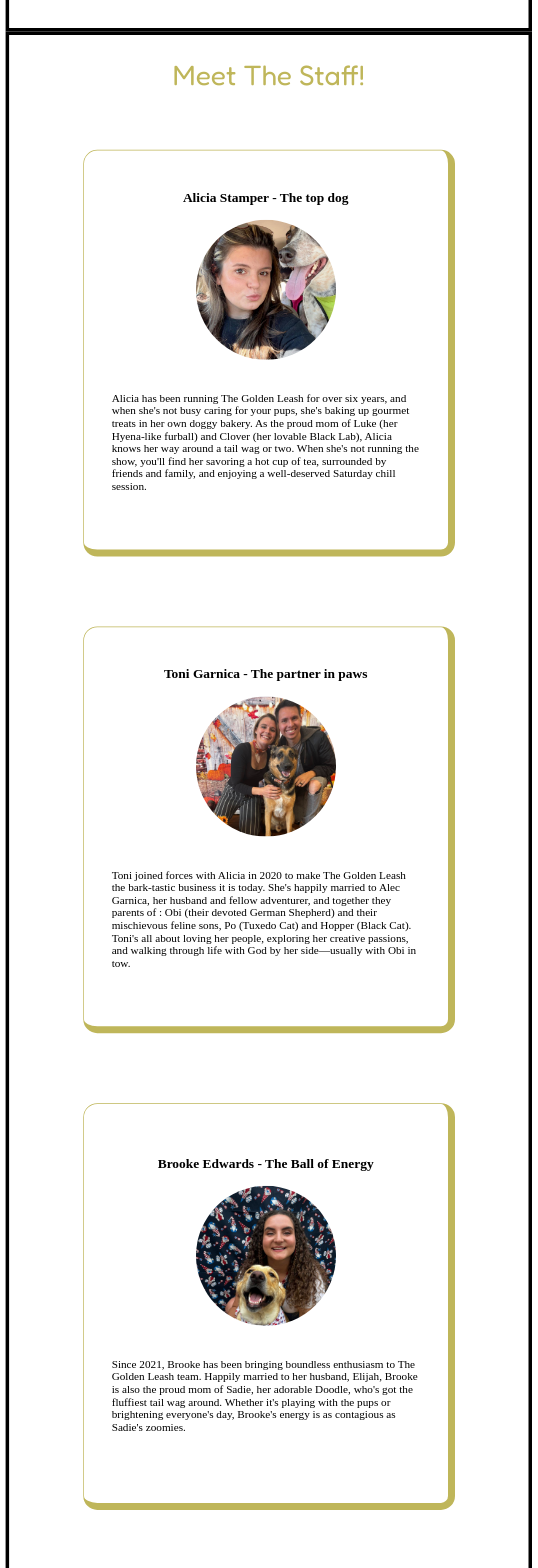
Repository: Aworminator/Thegoldenleash
Page: index.html
The author's editor kept a copy of each file at every save. The page is drawn from the files as they stood at one save, then again after the next save.
The browser window is 768 px wide. The pictures show the part of the page from y = 2590 to 4830 px (the page is 6782 px tall before and 6532 px after), at 70% of full size.

Above is the page before, as saved 2025-06-30 19:19:05.

After the next save:
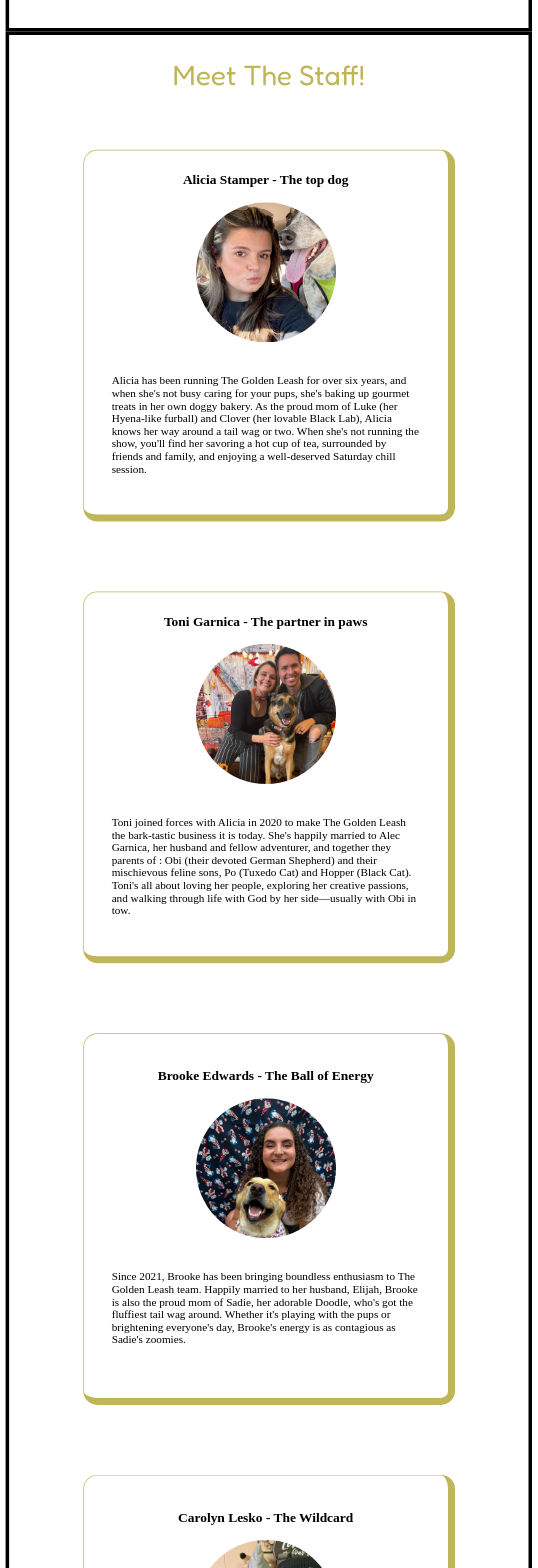
Saved 20 s later.
--- a/style.css
+++ b/style.css
@@ -166,10 +166,6 @@
   .staff-info {
     font-size: 1em;
     overflow: hidden;
-  }
-
-  .card {
-    height: 550px;
   }
 
   h1 {

After the 2 saves that followed:
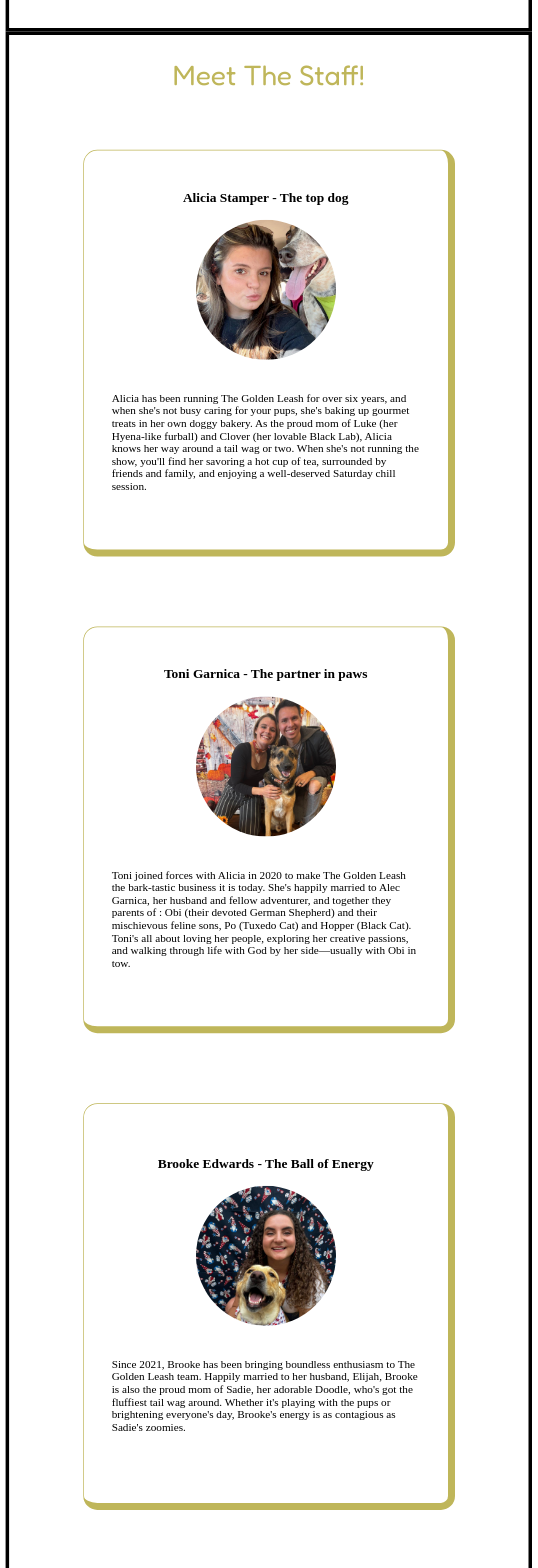
The 2 saves are shown as one change because 1 left the picture as it was.
The last was saved 24 s later.
--- a/style.css
+++ b/style.css
@@ -166,6 +166,10 @@
   .staff-info {
     font-size: 1em;
     overflow: hidden;
+  }
+
+  .card {
+    height: 550px;
   }
 
   h1 {
